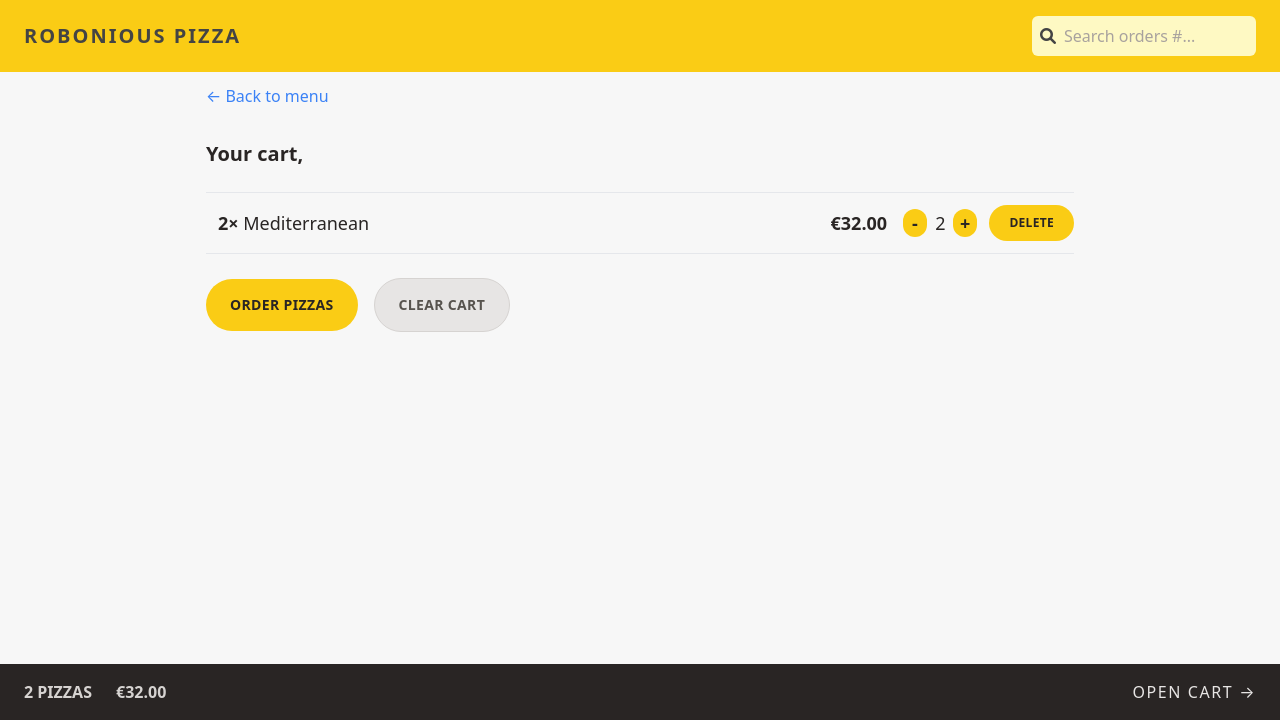
Repository: Alexro04/fast-food
Page: /cart (app in fast-food/)
The author's editor kept a copy of each file at every save. The page is drawn from the files as they stood at one save, then again after the next save.
The browser window is 1280 px wide. The pictures show the whole page.
The project was rebuilt for these pictures with package versions that can differ from the ones it lists, and the page was loaded fresh each time. Also part of the build but not shown: fast-food/vite.config.js, fast-food/src/features/user/CreateUser.jsx, fast-food/src/ui/Home.jsx, fast-food/src/ui/Loading.jsx, fast-food/src/utils/apiRestaurant.js, fast-food/src/features/order/OrderItem.jsx, fast-food/src/features/order/Order.jsx, fast-food/src/features/menu/MenuItem.jsx and 3 more.

Above is the page before, as saved 2025-03-15 13:21:10.

### fast-food/index.html
<!doctype html>
<html lang="en">
  <head>
    <meta charset="UTF-8" />
    <link
      rel="icon"
      href="data:[embedded picture, 141 characters]"
    />
    <link
      rel="stylesheet"
      href="https://cdnjs.cloudflare.com/ajax/libs/font-awesome/6.0.0-beta3/css/all.min.css"
    />
    <meta name="viewport" content="width=device-width, initial-scale=1.0" />
    <title>Robonious Pizza</title>
  </head>
  <body>
    <div id="root"></div>
    <script type="module" src="/src/main.jsx"></script>
  </body>
</html>

### fast-food/src/main.jsx
import { StrictMode } from "react";
import { createRoot } from "react-dom/client";
import { Provider } from "react-redux";
import "./index.css";
import App from "./App.jsx";
import store from "./store.js";

createRoot(document.getElementById("root")).render(
  <StrictMode>
    <Provider store={store}>
      <App />
    </Provider>
  </StrictMode>,
);

### fast-food/src/index.css
@tailwind base;
@tailwind components;
@tailwind utilities;
@layer components {
  .input {
    @apply rounded-full border border-stone-200 px-4 py-2 transition-all duration-300 focus:outline-none focus:ring focus:ring-yellow-300 md:px-6 md:py-3;
  }
}

body {
  font-family:
    system-ui,
    -apple-system,
    BlinkMacSystemFont,
    "Segoe UI",
    Roboto,
    Oxygen,
    Ubuntu,
    Cantarell,
    "Open Sans",
    "Helvetica Neue",
    sans-serif;
  background-color: #f7f7f7;
  color: #444;
}

.layout {
  display: grid;
  grid-template-rows: auto 1fr auto;
  gap: 32px;
  height: 100dvh;
}

/* https://dev.to/afif/i-made-100-css-loaders-for-your-next-project-4eje */
.loader {
  width: 45px;
  aspect-ratio: 0.75;
  --c: no-repeat linear-gradient(#333 0 0);
  background:
    var(--c) 0% 50%,
    var(--c) 50% 50%,
    var(--c) 100% 50%;
  background-size: 20% 50%;
  animation: loading 1s infinite linear;
}

@keyframes loading {
  20% {
    background-position:
      0% 0%,
      50% 50%,
      100% 50%;
  }
  40% {
    background-position:
      0% 100%,
      50% 0%,
      100% 50%;
  }
  60% {
    background-position:
      0% 50%,
      50% 100%,
      100% 0%;
  }
  80% {
    background-position:
      0% 50%,
      50% 50%,
      100% 100%;
  }
}

### fast-food/src/App.jsx
import { createBrowserRouter, RouterProvider } from "react-router-dom"
import Home from "./ui/Home"
import AppLayout from "./ui/AppLayout"
import Cart from './features/cart/Cart'
import Order, { loader as orderLoader } from './features/order/Order'
import Menu, { loader as menuLoader } from './features/menu/Menu'
import Error from './ui/Error'
import CreateOrder, { action as createOrderAction } from "./features/order/CreateOrder"

function App() {
  const router = createBrowserRouter([
    {
      element: <AppLayout />,
      errorElement: <Error />,
      children: [
        {
          path: '/',
          element: <Home />
        },
        {
          path: '/cart',
          element: <Cart />
        },
        {
          path: '/order/:orderId',
          element: <Order />,
          loader: orderLoader,
          errorElement: <Error />
        },
        {
          path: '/order/new',
          element: <CreateOrder />,
          action: createOrderAction
        },
        {
          path: '/menu',
          element: <Menu />,
          loader: menuLoader,
          errorElement: <Error />
        },
      ]
    }
  ])

  return (
    <RouterProvider router={router} />
  )
}

export default App

### fast-food/src/ui/AppLayout.jsx
import { Outlet, useNavigation } from "react-router-dom";
import Header from "./Header";
import Loading from "./Loading";
import Footer from "./Footer";

export default function AppLayout() {
  const navigation = useNavigation();
  const isLoading = navigation.state === "loading";

  return (
    <div className="grid h-screen grid-rows-[auto_1fr_auto]">
      {isLoading && <Loading />}
      <Header />
      <main className="flex overflow-y-scroll">
        <div className="mx-auto w-full max-w-[900px]">
          <Outlet />
        </div>
      </main>
      <Footer />
    </div>
  );
}

### fast-food/src/features/cart/Cart.jsx
import { Link } from "react-router-dom";
import Button from "../../ui/Button";
import CartItem from "./CartItem";
import EmptyCart from "./EmptyCart";
import { useDispatch, useSelector } from "react-redux";
import { clearCart, deleteItem } from "./cartSlice";

function Cart() {
  // const cart = fakeCart;
  const cart = useSelector((store) => store.cart.cart);
  const username = useSelector((store) => store.user.username);
  const dispatch = useDispatch();

  if (!cart.length) return <EmptyCart />;

  return (
    <div className="px-4 py-3 text-stone-800">
      <Link to="/menu" className="text-blue-500">
        &larr; Back to menu
      </Link>

      <h2 className="mt-8 text-xl font-semibold">Your cart, {username}</h2>
      <ul className="my-6 divide-y divide-stone-200 border-y">
        {cart.map((item) => (
          <div className="flex items-center justify-between" key={item.pizzaId}>
            <CartItem item={item} />
            <Button
              type="small"
              onClick={() => dispatch(deleteItem(item.pizzaId))}
            >
              delete
            </Button>
          </div>
        ))}
      </ul>
      <div className="space-x-4">
        <Button type="primary" to="/order/new">
          Order pizzas
        </Button>
        <Button type="secondary" onClick={() => dispatch(clearCart())}>
          Clear cart
        </Button>
      </div>
    </div>
  );
}

export default Cart;

### fast-food/src/features/user/userSlice.js
/* function getPosition() {
  return new Promise(function (resolve, reject) {
    navigator.geolocation.getCurrentPosition(resolve, reject);
  });
}

async function fetchAddress() {
  // 1) We get the user's geolocation position
  const positionObj = await getPosition();
  const position = {
    latitude: positionObj.coords.latitude,
    longitude: positionObj.coords.longitude,
  };

  // 2) Then we use a reverse geocoding API to get a description of the user's address, so we can display it the order form, so that the user can correct it if wrong
  const addressObj = await getAddress(position);
  const address = `${addressObj?.locality}, ${addressObj?.city} ${addressObj?.postcode}, ${addressObj?.countryName}`;

  // 3) Then we return an object with the data that we are interested in
  return { position, address };
} */

import { createSlice } from "@reduxjs/toolkit";

const initialState = {
  username: "",
};

const userSlice = createSlice({
  name: "user",
  initialState,
  reducers: {
    updateName(state, action) {
      state.username = action.payload;
    },
  },
});

export const { updateName } = userSlice.actions;
export default userSlice.reducer;

### fast-food/src/features/cart/cartSlice.js
import { createSlice } from "@reduxjs/toolkit";

const initialState = {
  cart: [
    {
      pizzaId: 12,
      name: "Mediterranean",
      quantity: 2,
      unitPrice: 16,
    },
  ],
};

const cartSlice = createSlice({
  name: "cart",
  initialState,
  reducers: {
    addItem(state, action) {
      //action.payload = newObj
      const pizza = state.cart.find(
        (item) => item.name === action.payload.name,
      );
      if (pizza) {
        pizza.quantity++;
      } else {
        state.cart.push(action.payload);
      }
    },
    deleteItem(state, action) {
      // action.payload = id of item to be deleted
      state.cart = state.cart.filter((item) => item.pizzaId !== action.payload);
    },
    increaseQuantity(state, action) {
      //action.payload = id of item
      const pizza = state.cart.find((item) => item.pizzaId === action.payload);
      pizza.quantity++;
    },
    decreaseQuantity(state, action) {
      //action.payload = id of item
      const pizza = state.cart.find((item) => item.pizzaId === action.payload);
      if (pizza.quantity > 1) pizza.quantity--;
    },
    clearCart(state) {
      state.cart = [];
    },
  },
});

export const {
  addItem,
  deleteItem,
  increaseQuantity,
  decreaseQuantity,
  clearCart,
} = cartSlice.actions;

export default cartSlice.reducer;

export const getTotalCartQuantity = (state) =>
  state.cart.cart.reduce((sum, curr) => curr.quantity + sum, 0);

export const getTotalCartPrice = (state) =>
  state.cart.cart.reduce(
    (sum, curr) => curr.quantity * curr.unitPrice + sum,
    0,
  );

export const getCart = (state) => state.cart.cart;

### fast-food/src/ui/Button.jsx
import React from "react";
import { Link } from "react-router-dom";

function Button({ children, disabled, type, to, onClick }) {
  const base =
    "inline-block h-fit tracking-wide disabled:cursor-not-allowed rounded-full transition-colors duration-300 font-semibold uppercase focus:outline-none focus:ring-2 focus:ring-offset-2 ";

  const base_primary =
    base +
    "bg-yellow-400 text-stone-800 hover:bg-yellow-300 focus:bg-yellow-300 focus:ring-yellow-300 ";

  const base_secondary =
    base +
    "bg-stone-200 text-stone-600 border border-stone-300 hover:bg-stone-800 hover:text-stone-200 focus:bg-stone-800 focus:text-stone-200 focus:ring-stone-800 ";

  const style = {
    primary: base_primary + "px-4 py-3 text-sm md:px-6 md:py-4",
    secondary: base_secondary + "px-4 py-3 text-sm md:px-6 md:py-4",
    small: base_primary + "px-4 py-2 text-xs md:px-5 md:py-2.5",
    circle: base_primary + "w-6 h-6",
  };

  if (to)
    return (
      <Link to={to} className={style[type]}>
        {children}
      </Link>
    );

  return (
    <button disabled={disabled} className={style[type]} onClick={onClick}>
      {children}
    </button>
  );
}

export default Button;

### fast-food/src/ui/Header.jsx
import { Link } from "react-router-dom";
import Search from "./Search";
import { useSelector } from "react-redux";

function Header() {
  const username = useSelector((store) => store.user.username);

  return (
    <header className="flex items-center justify-between bg-yellow-400 px-3 py-4 sm:px-6">
      <Link
        to="/"
        className="whitespace-nowrap text-lg font-semibold uppercase tracking-wider sm:tracking-widest md:text-xl"
      >
        Robonious Pizza
      </Link>
      <Search />
      {username && (
        <p className="hidden text-base font-semibold uppercase sm:block md:text-lg">
          {username}
        </p>
      )}
    </header>
  );
}

export default Header;

### fast-food/src/ui/Footer.jsx
import { useSelector } from "react-redux";
import { Link } from "react-router-dom";
import {
  getCart,
  getTotalCartPrice,
  getTotalCartQuantity,
} from "../features/cart/cartSlice";
import { formatCurrency } from "../utils/helpers";

function Footer() {
  const totalPizzaQuantity = useSelector(getTotalCartQuantity);
  const totalPizzaPrice = useSelector(getTotalCartPrice);
  const cart = useSelector(getCart);

  if (!cart.length) return null;

  return (
    <div className="flex justify-between bg-stone-800 px-3 py-4 text-sm uppercase text-stone-200 sm:px-6 md:text-base">
      <p className="space-x-2 font-semibold text-stone-300 sm:space-x-6">
        <span>{totalPizzaQuantity} pizzas</span>
        <span>{formatCurrency(totalPizzaPrice)}</span>
      </p>
      <Link to="/cart" className="tracking-widest">
        open cart &rarr;
      </Link>
    </div>
  );
}

export default Footer;

### fast-food/src/features/cart/CartItem.jsx
import { useDispatch } from "react-redux";
import Button from "../../ui/Button";
import { formatCurrency } from "../../utils/helpers";
import { decreaseQuantity, increaseQuantity } from "./cartSlice";

function CartItem({ item }) {
  const { pizzaId, name, quantity, unitPrice } = item;
  const dispatch = useDispatch();

  return (
    <li className="flex grow items-center justify-between px-2 py-3 sm:px-3 sm:py-4 sm:text-lg">
      <p>
        <span className="font-semibold">{quantity}&times;</span> {name}
      </p>
      <div className="flex gap-4 font-semibold">
        <p>{formatCurrency(quantity * unitPrice)}</p>
        <div className="space-x-2 font-normal">
          <Button
            type="circle"
            onClick={() => dispatch(decreaseQuantity(pizzaId))}
          >
            -
          </Button>
          <span>{quantity}</span>
          <Button
            type="circle"
            onClick={() => dispatch(increaseQuantity(pizzaId))}
          >
            +
          </Button>
        </div>
      </div>
    </li>
  );
}

export default CartItem;

### fast-food/src/ui/Search.jsx
import { useState } from "react";
import { useNavigate } from "react-router-dom";

function Search() {
  const [query, setQuery] = useState("");
  const navigate = useNavigate();

  function handleSubmit(e) {
    e.preventDefault();
    if (!query) return;
    navigate(`/order/${query}`);
    setQuery("");
  }

  return (
    <form onSubmit={handleSubmit} className="relative flex items-center">
      <i className="fas fa-search absolute left-2"></i>
      <input
        type="text"
        value={query}
        onChange={(e) => setQuery(e.target.value)}
        placeholder="Search orders #..."
        className="duration- rounded-md bg-yellow-100 py-2 pl-8 pr-4 transition-all placeholder:text-stone-400 focus:outline-none focus:ring focus:ring-yellow-500 focus:ring-opacity-50 sm:w-56 sm:focus:w-72 sm:focus:ring"
      />
    </form>
  );
}

export default Search;

### fast-food/src/features/cart/EmptyCart.jsx
import { Link } from "react-router-dom";

function EmptyCart() {
  return (
    <div className="px-4 py-3">
      <Link to="/menu" className="text-blue-500">
        &larr; Back to menu
      </Link>

      <p className="mt-5 text-lg font-semibold text-stone-800">
        Your cart is empty. Start adding some pizzas :)
      </p>
    </div>
  );
}

export default EmptyCart;

Loaded but not shown: fast-food/src/store.js (common file); fast-food/src/utils/helpers.js (common file); fast-food/tailwind.config.js (common file)

After the next save:
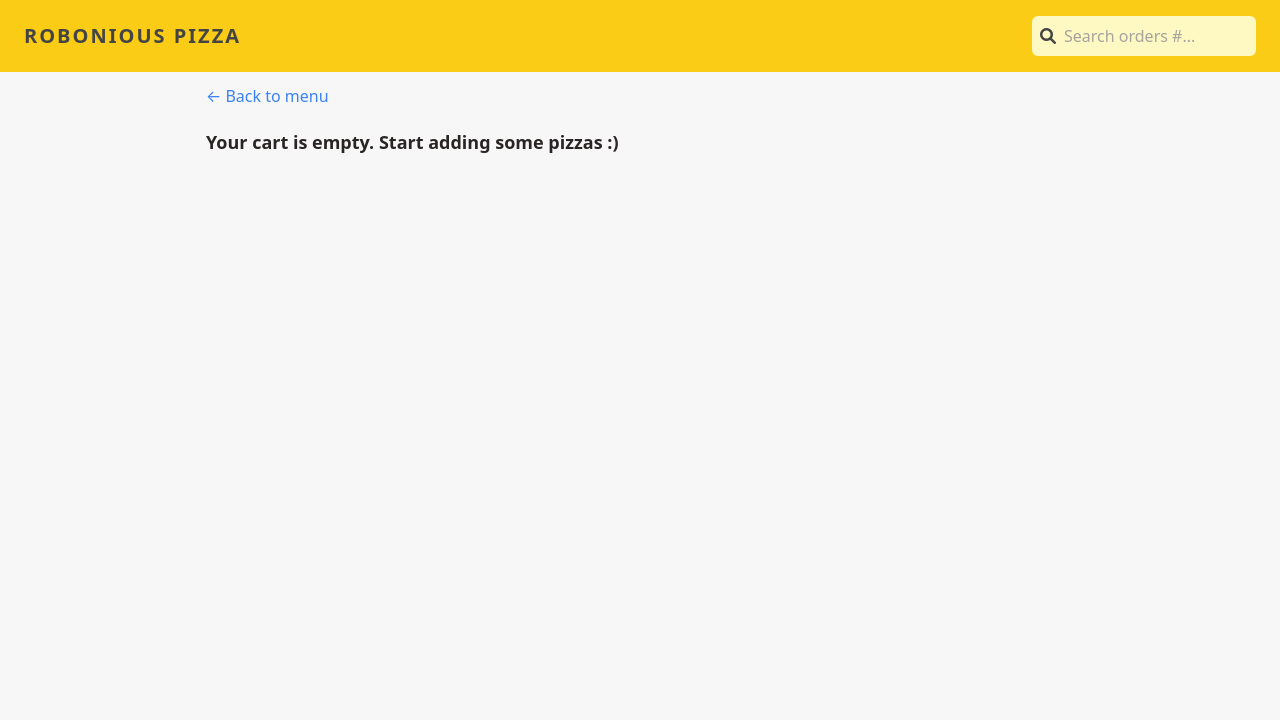
Saved 24 s later.
--- a/fast-food/src/features/cart/cartSlice.js
+++ b/fast-food/src/features/cart/cartSlice.js
@@ -1,14 +1,7 @@
 import { createSlice } from "@reduxjs/toolkit";
 
 const initialState = {
-  cart: [
-    {
-      pizzaId: 12,
-      name: "Mediterranean",
-      quantity: 2,
-      unitPrice: 16,
-    },
-  ],
+  cart: [],
 };
 
 const cartSlice = createSlice({
